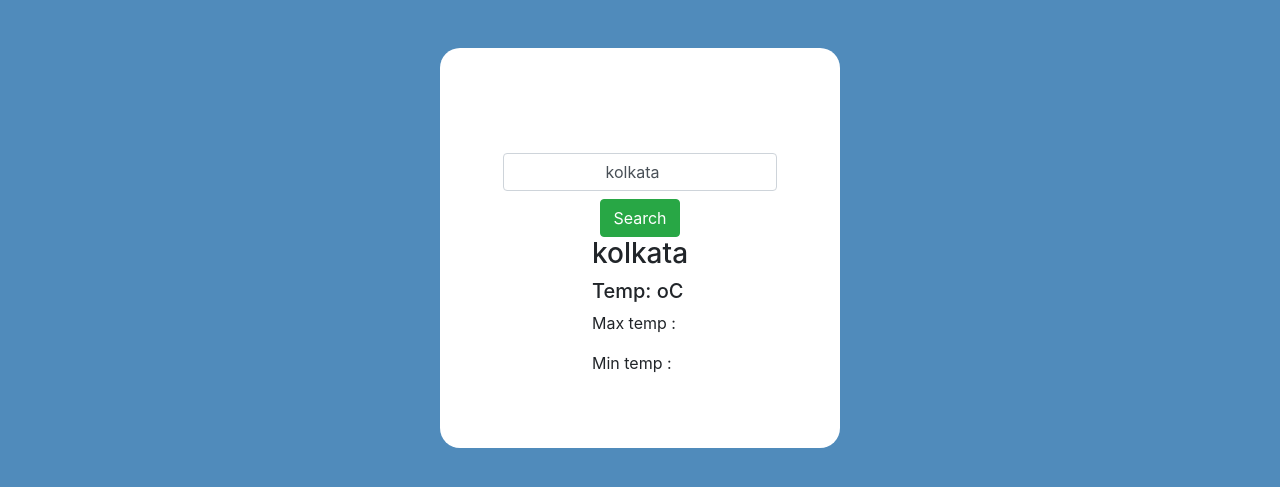
Repository: subhaDTECH/weather-app
Page: /
The author's editor kept a copy of each file at every save. The page is drawn from the files as they stood at one save, then again after the next save.
The browser window is 1280 px wide. The pictures show the whole page.
The page's requests for data from a server got no answer. The project was rebuilt for these pictures with package versions that can differ from the ones it lists, and the page was loaded fresh each time. No one was signed in, and anything a server would have sent is missing.

Above is the page before, as saved 2021-11-19 16:08:50.

### src/index.css
*{
  margin: 0;
  padding: 0;
  box-sizing: border-box;
}
.main_section{
  background-color: rgb(80, 139, 187);
  width: 100vw;
  height: 100vh;
}
body{
  background-color: rgb(80, 139, 187);
}
.weather-app{
  width: 400px;
  height: 400px;
  background-color:#fff;
  border-radius: 20px;
}
.center_div{
  display: grid;
  place-items: center;
}

### src/App.js
import React,{useState,useEffect} from 'react';
import "../node_modules/bootstrap/dist/css/bootstrap.min.css";
import "./index.css";
const App=()=>{
  const[city,setCity]=useState([]);
  const [search,setSearch]=useState('kolkata');
  useEffect(() => {

    const fetchApi=async()=>{

     const res=await fetch(`http://api.openweathermap.org/data/2.5/weather?q=${search}&units=metric&appid=b4769bbe9a42ca0e8de1f56e70704218`);
     const jsondata=await res.json();



     setCity(jsondata.main);
     console.log('city',city);



    }
    fetchApi();

  },[search])


  return (
    <>
    <div className="container-fluid  main_section">
      <div className='row'>
        <div className="col-md-10 mx-auto center_div mt-5">
         <div className="weather-app d-flex justify-content-center align-items-center flex-column">
           <div className="input_box mt-5 text-center d-inline">
           <input value={search} onChange={(event)=>{setSearch(event.target.value)}} className="form-control me-2 text-center" type="search" placeholder="Enter the city name" aria-label="Search"/>
           <button className="btn btn-success mt-2 d-inline" type="submit">Search</button>

            <div>

            </div>


           </div>
           <div className="info_box">
               <h3>{search}</h3>
              <h5>Temp:{city?.temp} oC</h5>
               <p>Max temp :{city?.temp_max}</p>
               <p>Min temp :{city?.temp_min}</p>

           </div>



         </div>


        </div>

    </div>

    </div>

    </>
  )
}
export default App;

Loaded but not shown: public/index.html (common file); src/index.js (common file)

After the next save:
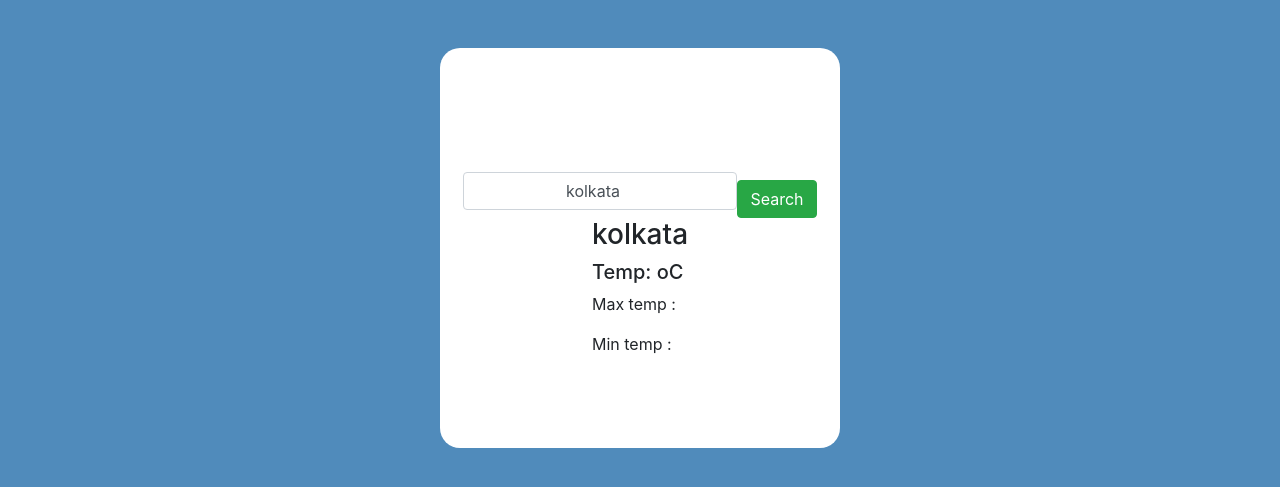
Saved 15 s later.
--- a/src/App.js
+++ b/src/App.js
@@ -30,7 +30,7 @@ const App=()=>{
       <div className='row'>
         <div className="col-md-10 mx-auto center_div mt-5">
          <div className="weather-app d-flex justify-content-center align-items-center flex-column">
-           <div className="input_box mt-5 text-center d-inline">
+           <div className="input_box mt-5 text-center d-inline d-flex">
            <input value={search} onChange={(event)=>{setSearch(event.target.value)}} className="form-control me-2 text-center" type="search" placeholder="Enter the city name" aria-label="Search"/>
            <button className="btn btn-success mt-2 d-inline" type="submit">Search</button>
 
